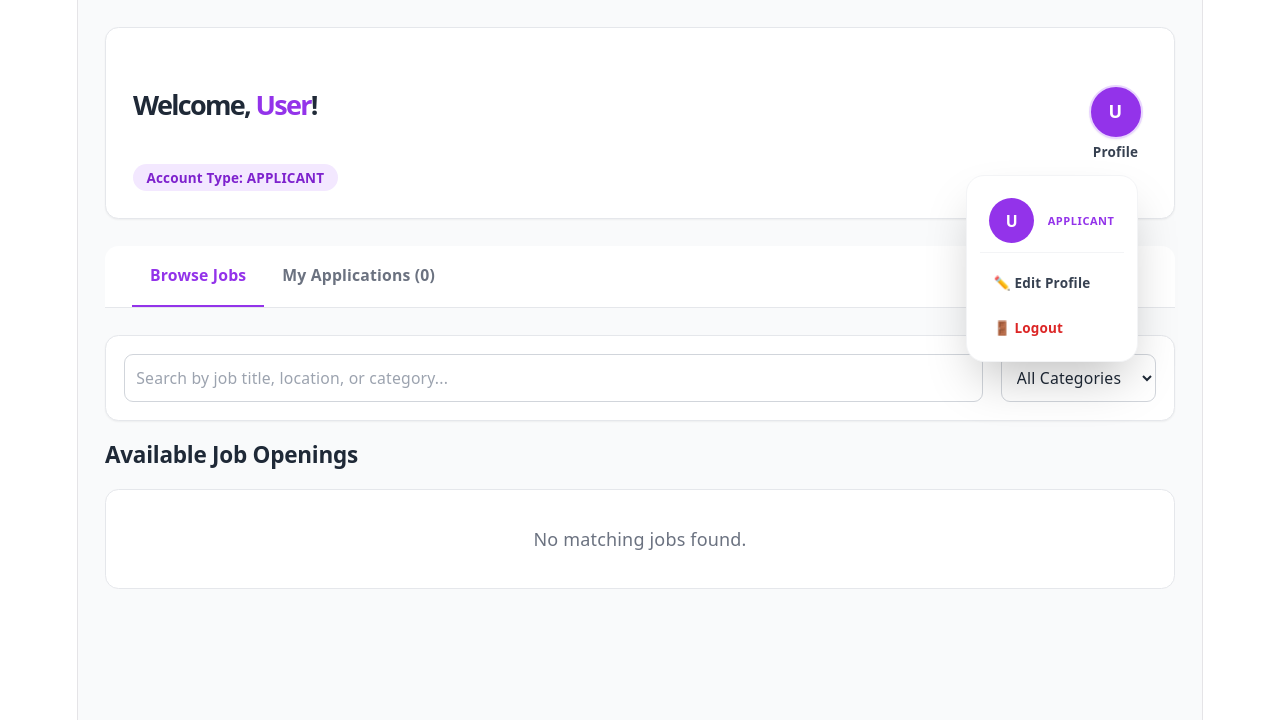
Repository: mdkawsarjomadder/job-portal
Page: /dashboard (app in job-portal/frontend/), after clicking the first element matching `button.flex`
These files come from the project's save history. The page is drawn as it stood at one moment and after the next save; the edit follows.
The browser window is 1280 px wide. The pictures show the whole page.
The page's requests for data from a server got no answer. The project was rebuilt for these pictures with package versions that can differ from the ones it lists, and the page was loaded fresh each time. No one was signed in, and anything a server would have sent is missing. Also part of the build but not shown: job-portal/frontend/vite.config.js, job-portal/frontend/src/pages/Login.jsx, job-portal/frontend/src/pages/Register.jsx, job-portal/frontend/src/pages/EmployerDashboard.jsx, job-portal/frontend/src/pages/MyApplications.jsx, job-portal/frontend/src/pages/CreateJob.jsx, job-portal/frontend/src/pages/Home.jsx. Imported but missing from the stored project, and not drawn on this page: job-portal/frontend/src/pages/Profile.

Above is the page before, as saved 2026-09-18 21:20:46.

### job-portal/frontend/src/index.css
@tailwind base;
@tailwind components;
@tailwind utilities;

:root {
  --text: #6b6375;
  --text-h: #08060d;
  --bg: #fff;
  --border: #e5e4e7;
  --code-bg: #f4f3ec;
  --accent: #aa3bff;
  --accent-bg: rgba(170, 59, 255, 0.1);
  --accent-border: rgba(170, 59, 255, 0.5);
  --social-bg: rgba(244, 243, 236, 0.5);
  --shadow: rgba(0, 0, 0, 0.1) 0 10px 15px -3px, rgba(0, 0, 0, 0.05) 0 4px 6px -2px;

  --sans: system-ui, 'Segoe UI', Roboto, sans-serif;
  --heading: system-ui, 'Segoe UI', Roboto, sans-serif;
  --mono: ui-monospace, Consolas, monospace;

  font: 18px/145% var(--sans);
  letter-spacing: 0.18px;
  color-scheme: light dark;
  color: var(--text);
  background: var(--bg);
  font-synthesis: none;
  text-rendering: optimizeLegibility;
  -webkit-font-smoothing: antialiased;
  -moz-osx-font-smoothing: grayscale;
}

@media (max-width: 1024px) {
  :root {
    font-size: 16px;
  }
}

@media (prefers-color-scheme: dark) {
  :root {
    --text: #9ca3af;
    --text-h: #f3f4f6;
    --bg: #16171d;
    --border: #2e303a;
    --code-bg: #1f2028;
    --accent: #c084fc;
    --accent-bg: rgba(192, 132, 252, 0.15);
    --accent-border: rgba(192, 132, 252, 0.5);
    --social-bg: rgba(47, 48, 58, 0.5);
    --shadow: rgba(0, 0, 0, 0.4) 0 10px 15px -3px, rgba(0, 0, 0, 0.25) 0 4px 6px -2px;
  }

  #social .button-icon {
    filter: invert(1) brightness(2);
  }
}

body {
  margin: 0;
}

#root {
  width: 1126px;
  max-width: 100%;
  margin: 0 auto;
  text-align: center;
  border-inline: 1px solid var(--border);
  min-height: 100svh;
  display: flex;
  flex-direction: column;
  box-sizing: border-box;
}

h1,
h2 {
  font-family: var(--heading);
  font-weight: 500;
  color: var(--text-h);
}

h1 {
  font-size: 56px;
  letter-spacing: -1.68px;
  margin: 32px 0;
}

h2 {
  font-size: 24px;
  line-height: 118%;
  letter-spacing: -0.24px;
  margin: 0 0 8px;
}

@media (max-width: 1024px) {
  h1 {
    font-size: 36px;
    margin: 20px 0;
  }
  h2 {
    font-size: 20px;
  }
}

p {
  margin: 0;
}

code,
.counter {
  font-family: var(--mono);
  display: inline-flex;
  border-radius: 4px;
  color: var(--text-h);
}

code {
  font-size: 15px;
  line-height: 135%;
  padding: 4px 8px;
  background: var(--code-bg);
}

### job-portal/frontend/src/App.jsx
import { BrowserRouter as Router, Routes, Route, Navigate } from 'react-router-dom';
import Login from './pages/Login';
import Register from './pages/Register';
import ApplicantDashboard from './pages/ApplicantDashboard';
import EmployerDashboard from './pages/EmployerDashboard';
import MyApplications from './pages/MyApplications';
import CreateJob from './pages/CreateJob';
import Home from './pages/Home';
import Profile from './pages/Profile';



function App() {
  return (
    <Router>
      <Routes>
        <Route path="/" element={<Home />} />
        <Route path="/home" element={<Home />} />
        <Route path="/login" element={<Login />} />
        <Route path="/profile" element={<Profile />} />
        <Route path="/register" element={<Register />} />
        <Route path="/my-applications" element={<MyApplications />} />
        <Route path="/dashboard" element={<ApplicantDashboard />} />
        <Route path="/employerdashboard" element={<EmployerDashboard />} />
        <Route path="/create-job" element={<CreateJob />} />
        <Route path="*" element={<Navigate to="/" replace />} />
      </Routes>
    </Router>
  );
}

export default App;

### job-portal/frontend/src/pages/ApplicantDashboard.jsx
import React, { useState, useEffect, useRef } from 'react';
import axios from 'axios';
import { useNavigate } from 'react-router-dom';

export default function ApplicantDashboard() {
  const navigate = useNavigate();
  const [user, setUser] = useState(null);
  const [jobs, setJobs] = useState([]);
  const [appliedJobs, setAppliedJobs] = useState([]);
  const [activeTab, setActiveTab] = useState('browse');
  const [selectedJob, setSelectedJob] = useState(null);
  const [resumeFile, setResumeFile] = useState(null);
  const [isModalOpen, setIsModalOpen] = useState(false);

  // Profile Dropdown State
  const [isDropdownOpen, setIsDropdownOpen] = useState(false);
  const dropdownRef = useRef(null);

  // Loading & Toast Notification States
  const [isSubmitting, setIsSubmitting] = useState(false);
  const [toastMessage, setToastMessage] = useState('');
  const [toastType, setToastType] = useState('success');

  // Search & Filter States
  const [searchTerm, setSearchTerm] = useState('');
  const [selectedCategory, setSelectedCategory] = useState('All');

  useEffect(() => {
    fetchLatestProfile();
    fetchJobs();
    fetchMyApplications();
  }, []);

  // API থেকে লেটেস্ট Avatar সহ ইউজার ডাটা ফেচ করা
  const fetchLatestProfile = async () => {
    const token = localStorage.getItem('token');
    const storedUser = localStorage.getItem('user');

    if (storedUser) {
      setUser(JSON.parse(storedUser));
    }

    if (!token) return;

    try {
      const res = await axios.get('http://localhost:5000/api/jobs/profile', {
        headers: { Authorization: `Bearer ${token}` },
      });
      if (res.data) {
        setUser(res.data);
        localStorage.setItem('user', JSON.stringify(res.data));
      }
    } catch (err) {
      console.error('Error fetching fresh profile:', err);
    }
  };

  // Dropdown Close on Outside Click
  useEffect(() => {
    const handleClickOutside = (event) => {
      if (dropdownRef.current && !dropdownRef.current.contains(event.target)) {
        setIsDropdownOpen(false);
      }
    };
    document.addEventListener('mousedown', handleClickOutside);
    return () => document.removeEventListener('mousedown', handleClickOutside);
  }, []);

  const fetchJobs = async () => {
    try {
      const res = await axios.get('http://localhost:5000/api/jobs');
      setJobs(res.data);
    } catch (err) {
      console.error('Error fetching jobs:', err);
    }
  };

  const fetchMyApplications = async () => {
    const token = localStorage.getItem('token');
    if (!token) return;

    try {
      const res = await axios.get('http://localhost:5000/api/jobs/my-applications', {
        headers: { Authorization: `Bearer ${token}` },
      });
      setAppliedJobs(res.data);
    } catch (err) {
      console.error('Error fetching applications:', err);
    }
  };

  const showToast = (message, type = 'success') => {
    setToastMessage(message);
    setToastType(type);

    setTimeout(() => {
      setToastMessage('');
    }, 4000);
  };

  const handleApplyClick = (job) => {
    const token = localStorage.getItem('token');
    if (!token) {
      showToast('Please login to apply', 'error');
      return;
    }
    setSelectedJob(job);
    setIsModalOpen(true);
  };

  const handleFormSubmit = async (e) => {
    e.preventDefault();

    if (!resumeFile) {
      showToast('Please select a PDF resume file first!', 'error');
      return;
    }

    const token = localStorage.getItem('token');

    const formData = new FormData();
    formData.append('jobId', selectedJob.id);
    formData.append('resume', resumeFile);

    setIsSubmitting(true);

    try {
      const res = await axios.post('http://localhost:5000/api/jobs/apply', formData, {
        headers: {
          Authorization: `Bearer ${token}`,
          'Content-Type': 'multipart/form-data',
        },
      });

      setIsSubmitting(false);
      setIsModalOpen(false);
      setResumeFile(null);
      setSelectedJob(null);
      fetchMyApplications();

      showToast(res.data.message || 'Applied successfully with uploaded resume!', 'success');

    } catch (err) {
      setIsSubmitting(false);
      console.error('Application Error:', err);
      showToast(err.response?.data?.message || 'Failed to apply', 'error');
    }
  };

  const handleLogout = () => {
    localStorage.removeItem('token');
    localStorage.removeItem('user');
    navigate('/login');
  };

  const filteredJobs = jobs.filter((job) => {
    const query = searchTerm.trim().toLowerCase();

    const titleMatch = job?.title ? job.title.toLowerCase().includes(query) : false;
    const locationMatch = job?.location ? job.location.toLowerCase().includes(query) : false;
    const categoryMatch = job?.category ? job.category.toLowerCase().includes(query) : false;

    const matchesSearch = query === '' || titleMatch || locationMatch || categoryMatch;

    const matchesCategoryDropdown =
      selectedCategory === 'All' ||
      (job?.category && job.category.toLowerCase() === selectedCategory.toLowerCase());

    return matchesSearch && matchesCategoryDropdown;
  });

  return (
    <div className="min-h-screen bg-gray-50 p-6 text-left relative">

      {/* Toast Notification */}
      {toastMessage && (
        <div className="fixed top-5 right-5 z-50 animate-bounce">
          <div
            className={`px-5 py-3 rounded-xl shadow-lg text-white text-sm font-semibold flex items-center gap-2 ${
              toastType === 'success' ? 'bg-green-600' : 'bg-red-600'
            }`}
          >
            <span>{toastType === 'success' ? '✓' : '✕'}</span>
            <span>{toastMessage}</span>
          </div>
        </div>
      )}

      <div className="max-w-5xl mx-auto space-y-6">

        {/* Profile Header Card */}
        <div className="bg-white p-6 rounded-xl shadow-sm border border-gray-200 flex flex-col md:flex-row justify-between items-start md:items-center gap-4">
          <div>
            <h1 className="text-2xl font-bold text-gray-800">
              Welcome, <span className="text-purple-600">{user?.name || 'User'}</span>!
            </h1>
            <p className="text-sm text-gray-500">{user?.email}</p>
            <span className="inline-block mt-2 px-3 py-1 bg-purple-100 text-purple-700 text-xs font-semibold rounded-full">
              Account Type: {user?.role || 'APPLICANT'}
            </span>
          </div>

          {/* User Profile Dropdown Section */}
          <div className="relative" ref={dropdownRef}>
            <button
              onClick={() => setIsDropdownOpen(!isDropdownOpen)}
              className="flex flex-col items-center justify-center p-1 rounded-xl hover:bg-gray-50 transition focus:outline-none"
            >
              {/* Profile Avatar */}
              <div className="w-12 h-12 rounded-full bg-purple-600 text-white font-bold text-base flex items-center justify-center overflow-hidden border-2 border-purple-200 shadow-sm shrink-0">
                {user?.avatar ? (
                  <img
                    src={user.avatar}
                    alt={user.name}
                    className="w-full h-full object-cover"
                    onError={(e) => { e.target.style.display = 'none'; }}
                  />
                ) : (
                  user?.name?.charAt(0).toUpperCase() || 'U'
                )}
              </div>

              {/* User Name */}
              <span className="text-xs font-semibold text-gray-700 mt-1 max-w-[120px] truncate text-center">
                {user?.name || 'Profile'}
              </span>
            </button>

            {/* Dropdown Menu - Position Fixed to Align Correctly */}
            {isDropdownOpen && (
              <div className="absolute right-2 mt-2 w-50 bg-white rounded-2xl shadow-2xl border border-gray-100 p-3 z-50 transform origin-top-right transition-all">
                {/* Header User Details */}
                <div className="flex items-center gap-3 p-2 border-b border-gray-100 mb-2">
                  <div className="w-10 h-10 rounded-full bg-purple-600 text-white font-bold text-sm flex items-center justify-center overflow-hidden shrink-0">
                    {user?.avatar ? (
                      <img
                        src={user.avatar}
                        alt={user.name}
                        className="w-full h-full object-cover"
                        onError={(e) => { e.target.style.display = 'none'; }}
                      />
                    ) : (
                      user?.name?.charAt(0).toUpperCase() || 'U'
                    )}
                  </div>
                  <div className="overflow-hidden">
                    <p className="text-sm font-bold text-gray-800 truncate">{user?.name}</p>
                    <p className="text-[11px] font-bold text-purple-600 uppercase tracking-wider">
                      {user?.role || 'APPLICANT'}
                    </p>
                  </div>
                </div>

                {/* Dropdown Action Buttons */}
                <div className="space-y-1">
                  <button
                    onClick={() => {
                      setIsDropdownOpen(false);
                      navigate('/profile');
                    }}
                    className="w-full text-left px-3 py-2.5 text-xs font-semibold text-gray-700 hover:bg-purple-50 hover:text-purple-700 rounded-xl transition flex items-center gap-2"
                  >
                    ✏️ Edit Profile
                  </button>

                  <button
                    onClick={handleLogout}
                    className="w-full text-left px-3 py-2.5 text-xs font-semibold text-red-600 hover:bg-red-50 rounded-xl transition flex items-center gap-2"
                  >
                    🚪 Logout
                  </button>
                </div>
              </div>
            )}
          </div>
        </div>

        {/* Navigation Tabs */}
        <div className="flex border-b border-gray-200 bg-white px-6 rounded-t-xl">
          <button
            onClick={() => setActiveTab('browse')}
            className={`py-4 px-4 font-semibold text-sm border-b-2 transition-colors ${
              activeTab === 'browse'
                ? 'border-purple-600 text-purple-600'
                : 'border-transparent text-gray-500 hover:text-gray-700'
            }`}
          >
            Browse Jobs
          </button>
          <button
            onClick={() => setActiveTab('applications')}
            className={`py-4 px-4 font-semibold text-sm border-b-2 transition-colors ${
              activeTab === 'applications'
                ? 'border-purple-600 text-purple-600'
                : 'border-transparent text-gray-500 hover:text-gray-700'
            }`}
          >
            My Applications ({appliedJobs.length})
          </button>
        </div>

        {/* Tab Content */}
        {activeTab === 'browse' ? (
          <div className="space-y-4">
            {/* Search Bar & Category Select */}
            <div className="flex flex-col md:flex-row gap-4 bg-white p-4 rounded-xl border border-gray-200 shadow-sm">
              <input
                type="text"
                placeholder="Search by job title, location, or category..."
                value={searchTerm}
                onChange={(e) => setSearchTerm(e.target.value)}
                className="flex-1 border border-gray-300 rounded-lg p-2.5 text-sm text-gray-800 bg-white focus:outline-none focus:ring-2 focus:ring-purple-500"
              />
              <select
                value={selectedCategory}
                onChange={(e) => setSelectedCategory(e.target.value)}
                className="border border-gray-300 rounded-lg p-2.5 text-sm text-gray-800 focus:outline-none focus:ring-2 focus:ring-purple-500 bg-white"
              >
                <option value="All">All Categories</option>
                <option value="IT">IT / Software</option>
                <option value="Dev Developer">Dev Developer</option>
                <option value="Design">Design</option>
                <option value="Marketing">Marketing</option>
              </select>
            </div>

            <h2 className="text-xl font-bold text-gray-800">Available Job Openings</h2>

            {filteredJobs.length === 0 ? (
              <div className="bg-white p-8 text-center text-gray-500 rounded-xl border border-gray-200">
                No matching jobs found.
              </div>
            ) : (
              <div className="grid grid-cols-1 md:grid-cols-2 gap-4">
                {filteredJobs.map((job) => (
                  <div key={job.id} className="bg-white p-5 rounded-xl border border-gray-200 shadow-sm hover:shadow-md transition">
                    <div className="flex justify-between items-start">
                      <div>
                        <h3 className="font-bold text-lg text-gray-800">{job.title}</h3>
                        <p className="text-sm text-gray-500 font-medium">{job.employer?.name || 'Company'}</p>
                      </div>
                      <span className="px-2.5 py-1 bg-green-100 text-green-700 text-xs font-semibold rounded-md">
                        {job.jobType}
                      </span>
                    </div>

                    <div className="mt-4 text-sm text-gray-600 space-y-1">
                      <p>📍 {job.location}</p>
                      <p>💼 {job.category}</p>
                      <p>💰 {job.salary}</p>
                    </div>

                    <button
                      onClick={() => handleApplyClick(job)}
                      className="mt-5 w-full bg-purple-600 hover:bg-purple-700 text-white font-medium py-2 rounded-lg transition duration-200"
                    >
                      Apply Now
                    </button>
                  </div>
                ))}
              </div>
            )}
          </div>
        ) : (
          <div className="space-y-4">
            <h2 className="text-xl font-bold text-gray-800">Applied Jobs</h2>
            {appliedJobs.length === 0 ? (
              <div className="bg-white p-8 text-center text-gray-500 rounded-xl border border-gray-200">
                You haven't applied to any jobs yet.
              </div>
            ) : (
              <div className="bg-white rounded-xl border border-gray-200 overflow-hidden">
                <table className="w-full text-left border-collapse">
                  <thead>
                    <tr className="bg-gray-50 border-b border-gray-200 text-xs font-semibold text-gray-500 uppercase">
                      <th className="p-4">Job Title</th>
                      <th className="p-4">Category</th>
                      <th className="p-4">Applied Date</th>
                      <th className="p-4">Status</th>
                    </tr>
                  </thead>
                  <tbody className="divide-y divide-gray-200 text-sm">
                    {appliedJobs.map((app) => (
                      <tr key={app.id}>
                        <td className="p-4 font-semibold text-gray-800">{app.job?.title}</td>
                        <td className="p-4 text-gray-600">{app.job?.category}</td>
                        <td className="p-4 text-gray-500">
                          {new Date(app.appliedAt).toLocaleDateString()}
                        </td>
                        <td className="p-4">
                          <span
                            className={`px-2.5 py-1 text-xs font-semibold rounded-full ${
                              app.status === 'SHORTLISTED'
                                ? 'bg-green-100 text-green-700'
                                : app.status === 'REJECTED'
                                ? 'bg-red-100 text-red-700'
                                : 'bg-yellow-100 text-yellow-800'
                            }`}
                          >
                            {app.status}
                          </span>
                        </td>
                      </tr>
                    ))}
                  </tbody>
                </table>
              </div>
            )}
          </div>
        )}

      </div>

      {/* File Upload Modal */}
      {isModalOpen && (
        <div className="fixed inset-0 bg-black/50 backdrop-blur-sm flex justify-center items-center p-4 z-50">
          <div className="bg-white rounded-2xl p-6 max-w-md w-full shadow-xl space-y-4">
            <div className="flex justify-between items-center border-b pb-3">
              <h3 className="font-bold text-lg text-gray-800">
                Apply for <span className="text-purple-600">{selectedJob?.title}</span>
              </h3>
              <button
                onClick={() => setIsModalOpen(false)}
                className="text-gray-400 hover:text-gray-600 text-lg font-bold"
              >
                ✕
              </button>
            </div>

            <form onSubmit={handleFormSubmit} className="space-y-4">
              <div>
                <label className="block text-sm font-semibold text-gray-700 mb-2">
                  Upload Your Resume (PDF format)
                </label>
                <input
                  type="file"
                  accept=".pdf"
                  onChange={(e) => setResumeFile(e.target.files[0])}
                  className="w-full text-sm text-gray-500 file:mr-4 file:py-2 file:px-4 file:rounded-lg file:border-0 file:text-sm file:font-semibold file:bg-purple-50 file:text-purple-700 hover:file:bg-purple-100 border border-gray-300 rounded-lg p-1.5"
                  required
                />
              </div>

              <div className="flex justify-end gap-3 pt-2">
                <button
                  type="button"
                  onClick={() => setIsModalOpen(false)}
                  className="px-4 py-2 border border-gray-300 rounded-lg text-sm font-medium text-gray-700 hover:bg-gray-50"
                >
                  Cancel
                </button>
                <button
                  type="submit"
                  disabled={isSubmitting}
                  className={`px-4 py-2 bg-purple-600 text-white rounded-lg text-sm font-medium transition ${
                    isSubmitting ? 'opacity-50 cursor-not-allowed' : 'hover:bg-purple-700'
                  }`}
                >
                  {isSubmitting ? 'Uploading...' : 'Submit Application'}
                </button>
              </div>
            </form>
          </div>
        </div>
      )}

    </div>
  );
}

Loaded but not shown: job-portal/frontend/src/main.jsx (common file); job-portal/frontend/tailwind.config.js (common file)

After the next save:
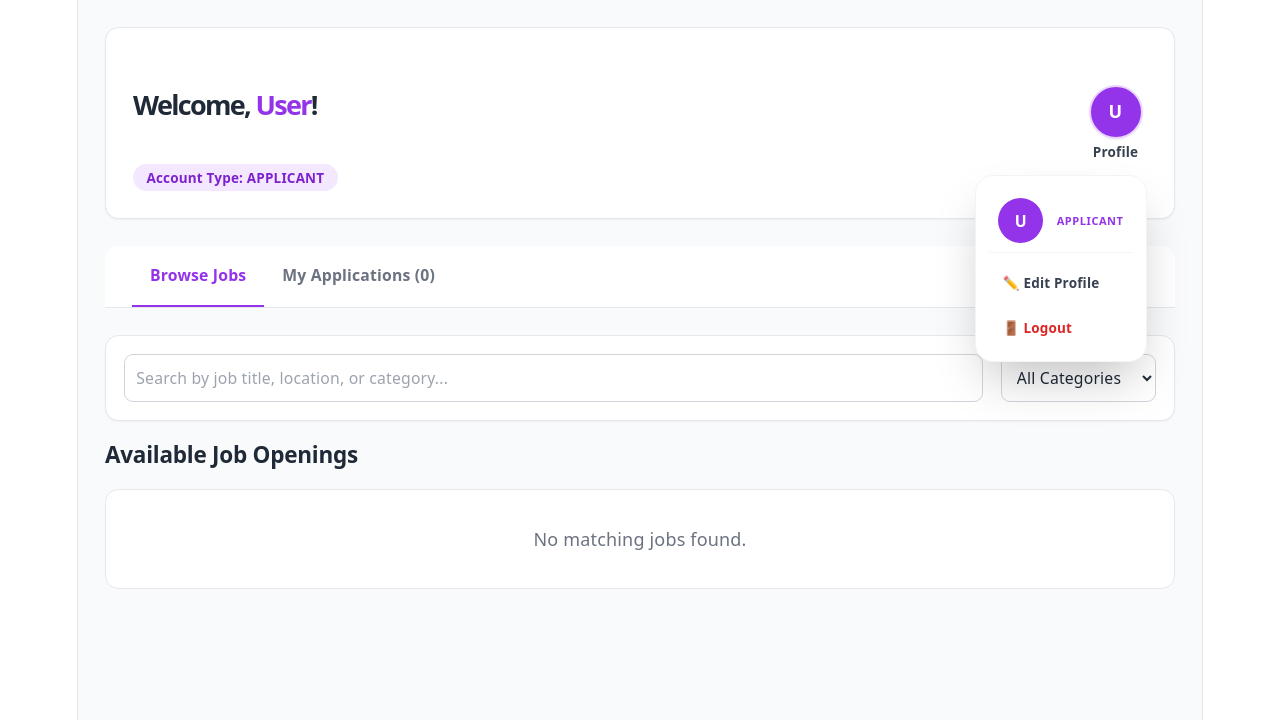
Saved 6 s later.
--- a/job-portal/frontend/src/pages/ApplicantDashboard.jsx
+++ b/job-portal/frontend/src/pages/ApplicantDashboard.jsx
@@ -228,7 +228,7 @@ export default function ApplicantDashboard() {
 
             {/* Dropdown Menu - Position Fixed to Align Correctly */}
             {isDropdownOpen && (
-              <div className="absolute right-2 mt-2 w-50 bg-white rounded-2xl shadow-2xl border border-gray-100 p-3 z-50 transform origin-top-right transition-all">
+              <div className="absolute right-0 mt-2 w-50 bg-white rounded-2xl shadow-2xl border border-gray-100 p-3 z-50 transform origin-top-right transition-all">
                 {/* Header User Details */}
                 <div className="flex items-center gap-3 p-2 border-b border-gray-100 mb-2">
                   <div className="w-10 h-10 rounded-full bg-purple-600 text-white font-bold text-sm flex items-center justify-center overflow-hidden shrink-0">
